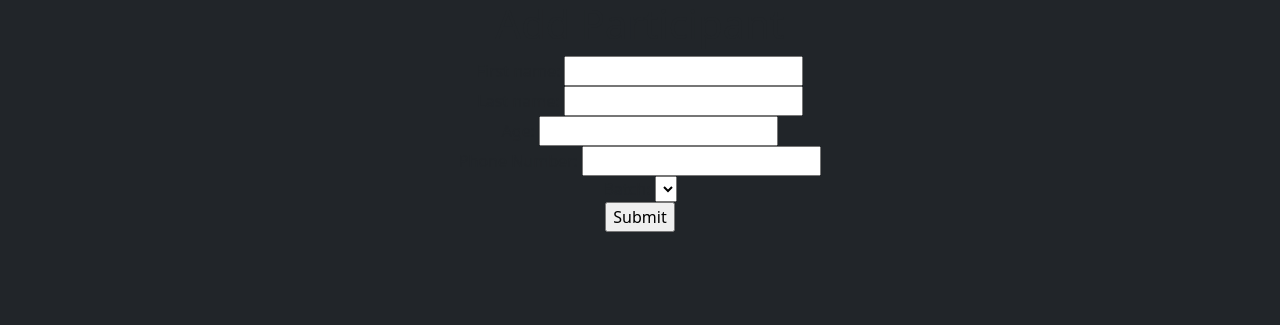
Repository: Jannis-Buschhaus/simplilearn-assessment-phase2
Page: http://localhost/FunfitWebapp/ParticipantsController?target=addParticipant
An editor plug-in stored every save of this project. The page is shown before and after the next save, followed by the edit.
The browser window is 1280 px wide. The pictures show the whole page.
The page is served by Tomcat 9. Other server files are loaded and not shown. Queries for data that is not in the repository find no rows.

Above is the page before, as saved 2024-05-30 14:42:25.

### FunfitWebapp/src/main/webapp/addParticipant.jsp
<%@ page language="java" contentType="text/html; charset=UTF-8"
    pageEncoding="UTF-8"%>
    <%@ taglib prefix="c" uri="http://java.sun.com/jsp/jstl/core" %>
<!DOCTYPE html>
<html>
<head>
<meta charset="UTF-8">
<title>Add Participant</title>
<link href="https://cdn.jsdelivr.net/npm/bootstrap@5.3.3/dist/css/bootstrap.min.css" rel="stylesheet" integrity="sha384-QWTKZyjpPEjISv5WaRU9OFeRpok6YctnYmDr5pNlyT2bRjXh0JMhjY6hW+ALEwIH" crossorigin="anonymous">
</head>
<body class="bg-dark">
	<div class="text-center">
		<h1>Add Participant</h1>
		<form action="ParticipantsController" method="post">
			<label for="fname">First name:</label>
				<input type="text" name="fname" /><br />
			<label for="lname">Last name:</label>
				<input type="text" name="lname" /><br />
			<label for="age">Age:</label>
				<input type="number" name="age" /><br />
			<label for="phoneNumber">Phone Number:</label>
				<input type="text" name="phoneNumber" /><br />
			<label for="batchId">Batch:</label>
				<select name="batchId">
					<c:forEach var="batch" items="${ sessionScope.batch }">
						<option value="${ batch.getBatchId() }">${ batch.getTypeOfBatch() } ${ batch.getTime() }</option>
					</c:forEach>
				</select><br />
			<input type="submit" value="Submit" />
		</form>
	</div>
</body>
</html>

### FunfitWebapp/src/main/java/com/funfit/controller/ParticipantsController.java
package com.funfit.controller;

import java.io.IOException;
import java.io.PrintWriter;
import java.util.List;

import javax.servlet.RequestDispatcher;
import javax.servlet.ServletException;
import javax.servlet.annotation.WebServlet;
import javax.servlet.http.HttpServlet;
import javax.servlet.http.HttpServletRequest;
import javax.servlet.http.HttpServletResponse;
import javax.servlet.http.HttpSession;

import com.funfit.bean.Batch;
import com.funfit.bean.Participants;
import com.funfit.service.BatchService;
import com.funfit.service.ParticipantsService;

@WebServlet("/ParticipantsController")
public class ParticipantsController extends HttpServlet {
	private static final long serialVersionUID = 1L;

    public ParticipantsController() {
        super();
    }

	protected void doGet(HttpServletRequest request, HttpServletResponse response) throws ServletException, IOException {
		HttpSession hs = request.getSession();
		List<Batch> lb = BatchService.getBatch();
		hs.setAttribute("batch", lb);
		if(request.getParameter("target").equals("addParticipant")) {
			RequestDispatcher rd = request.getRequestDispatcher("addParticipant.jsp");
			rd.forward(request, response);
		}
		else {
			RequestDispatcher rd = request.getRequestDispatcher("viewParticipants.jsp");
			List<Participants> lp = ParticipantsService.getParticipants();
			hs.setAttribute("participants", lp);
			rd.forward(request, response);
		}
	}

	protected void doPost(HttpServletRequest request, HttpServletResponse response) throws ServletException, IOException {
		PrintWriter pw = response.getWriter();

		List<Batch> lb = BatchService.getBatch();
		HttpSession hs = request.getSession();
		hs.setAttribute("batch", lb);

		Participants p = new Participants();
		p.setFname(request.getParameter("fname"));
		p.setLname(request.getParameter("lname"));
		p.setAge(Integer.parseInt(request.getParameter("age")));
		p.setPhoneNumer(request.getParameter("phoneNumber"));
		p.setBatchId(Integer.parseInt(request.getParameter("batchId")));

		response.setContentType("text/html");

		if(request.getParameter("update") != null) {
			p.setPartId(Integer.parseInt(request.getParameter("partId")));
			List<Participants> lp = ParticipantsService.updateParticipant(p);
			if(lp != null) {
				hs.setAttribute("participants", lp);
				pw.println("Participant updated successfully");
			} else {
				pw.println("Participant update unsuccessful");
			}
			RequestDispatcher rd = request.getRequestDispatcher("viewParticipants.jsp");
			rd.include(request, response);
		} else {
			pw.println(ParticipantsService.addParticipant(p));
			RequestDispatcher rd = request.getRequestDispatcher("addParticipant.jsp");
			rd.include(request, response);
		}
	}

	@Override
	protected void doPut(HttpServletRequest req, HttpServletResponse resp) throws ServletException, IOException {
		System.out.println("doPut() called");
	}

	@Override
	protected void doDelete(HttpServletRequest req, HttpServletResponse resp) throws ServletException, IOException {
		int partId = Integer.parseInt(req.getParameter("id"));
		PrintWriter pw = resp.getWriter();
		RequestDispatcher rd = req.getRequestDispatcher("viewParticipants.jsp");
		resp.setContentType("text/html");
		pw.println(ParticipantsService.deleteParticipant(partId));
		rd.include(req, resp);
	}
}

### FunfitWebapp/src/main/java/com/funfit/service/BatchService.java
package com.funfit.service;

import java.util.List;

import com.funfit.bean.Batch;
import com.funfit.dao.BatchDao;

public class BatchService {
	public static String addBatch(Batch batch) {
		if(BatchDao.addBatch(batch) > 0) {
			return "Batch details added.";
		} else {
			return "Batch details were not added.";
		}
	}

	public static List<Batch> getBatch(){
		return BatchDao.getBatch();
	}

	public static String deleteBatch(int batchId) {
		if(BatchDao.deleteBatch(batchId) > 0) {
			return "Batch "+batchId+"deleted successfully";
		} else {
			return "Unable to delete batchID: "+batchId;
		}
	}

	public static List<Batch> updateBatch(Batch b) {
		List<Batch> lb = BatchDao.updateBatch(b);
		if(lb != null) {
			return lb;
		} else {
			return null;
		}
	}
}

### FunfitWebapp/src/main/java/com/funfit/dao/BatchDao.java
package com.funfit.dao;

import java.sql.Connection;
import java.sql.PreparedStatement;
import java.sql.ResultSet;
import java.util.ArrayList;
import java.util.List;

import com.funfit.bean.Batch;
import com.funfit.resource.DbResource;

public class BatchDao {

		public static int addBatch (Batch batch) {
			try {
				Connection con = DbResource.getConnection();
				PreparedStatement pstmt = con.prepareStatement("insert into batch values(null, ?, ?);");
				pstmt.setString(1, batch.getTypeOfBatch());
				pstmt.setString(2, batch.getTime());
				return pstmt.executeUpdate();
			} catch (Exception e) {
				System.err.println(e.getMessage());
				return 0;
			}
		}
		public static List<Batch> getBatch(){
			try {
				List<Batch> lb = new ArrayList();
				Connection con = DbResource.getConnection();
				PreparedStatement pstmt = con.prepareStatement("select * from batch;");
				ResultSet rs = pstmt.executeQuery();
				while(rs.next()) {
					Batch b = new Batch();
					b.setBatchId(rs.getInt(1));
					b.setTypeOfBatch(rs.getString(2));
					b.setTime(rs.getString(3));
					lb.add(b);
				}
				return lb;
			} catch (Exception e) {
				System.err.println(e.getMessage());
				return null;
			}
		}
		public static int deleteBatch(int batchId) {
			try {
				Connection con = DbResource.getConnection();
				PreparedStatement pstmt = con.prepareStatement("delete from batch where batchId=?;");
				pstmt.setInt(1, batchId);
				return pstmt.executeUpdate();
			} catch (Exception e) {
				return 0;
			}

		}

		public static List<Batch> updateBatch(Batch b) {
			try {
				Connection con = DbResource.getConnection();
				PreparedStatement pstmt = con.prepareStatement("update batch set typeOfBatch=?, time=? where batchId=?;");
				pstmt.setString(1, b.getTypeOfBatch());
				pstmt.setString(2, b.getTime());
				pstmt.setInt(3, b.getBatchId());
				int result = pstmt.executeUpdate();
				if (result > 0) {
					List<Batch> lb = new ArrayList();
					PreparedStatement pstmt2 = con.prepareStatement("select * from batch;");
					ResultSet rs = pstmt2.executeQuery();
					while(rs.next()) {
						Batch bb = new Batch();
						bb.setBatchId(rs.getInt(1));
						bb.setTypeOfBatch(rs.getString(2));
						bb.setTime(rs.getString(3));
						lb.add(bb);
					}
					return lb;
				} else {
					return null;
				}
			} catch (Exception e) {
				return null;
			}
		}
}

### FunfitWebapp/src/main/java/com/funfit/resource/DbResource.java
package com.funfit.resource;

import java.sql.Connection;
import java.sql.DriverManager;

public class DbResource {
	public static Connection getConnection () {
		try {
			Class.forName("com.mysql.cj.jdbc.Driver");
			Connection con = DriverManager.getConnection("jdbc:mysql://10.99.0.2:3306/funfit_db", "remoteUser", "my_password");
			return con;
		} catch (Exception e) {
			System.err.println(e.getMessage());
			return null;
		}
	}
}

After the next save:
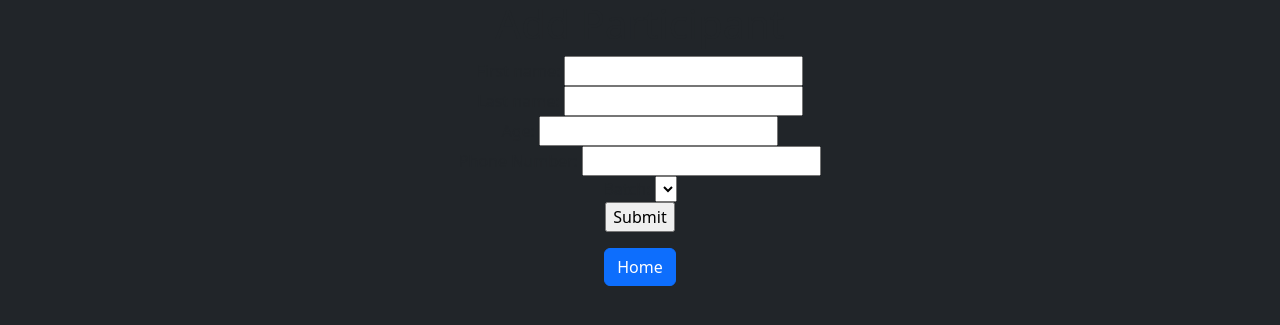
Saved 6 s later.
--- a/FunfitWebapp/src/main/webapp/addParticipant.jsp
+++ b/FunfitWebapp/src/main/webapp/addParticipant.jsp
@@ -28,6 +28,7 @@
 				</select><br />
 			<input type="submit" value="Submit" />
 		</form>
+		<a  class="btn btn-primary m-3" href="index.jsp">Home</a>
 	</div>
 </body>
 </html>
